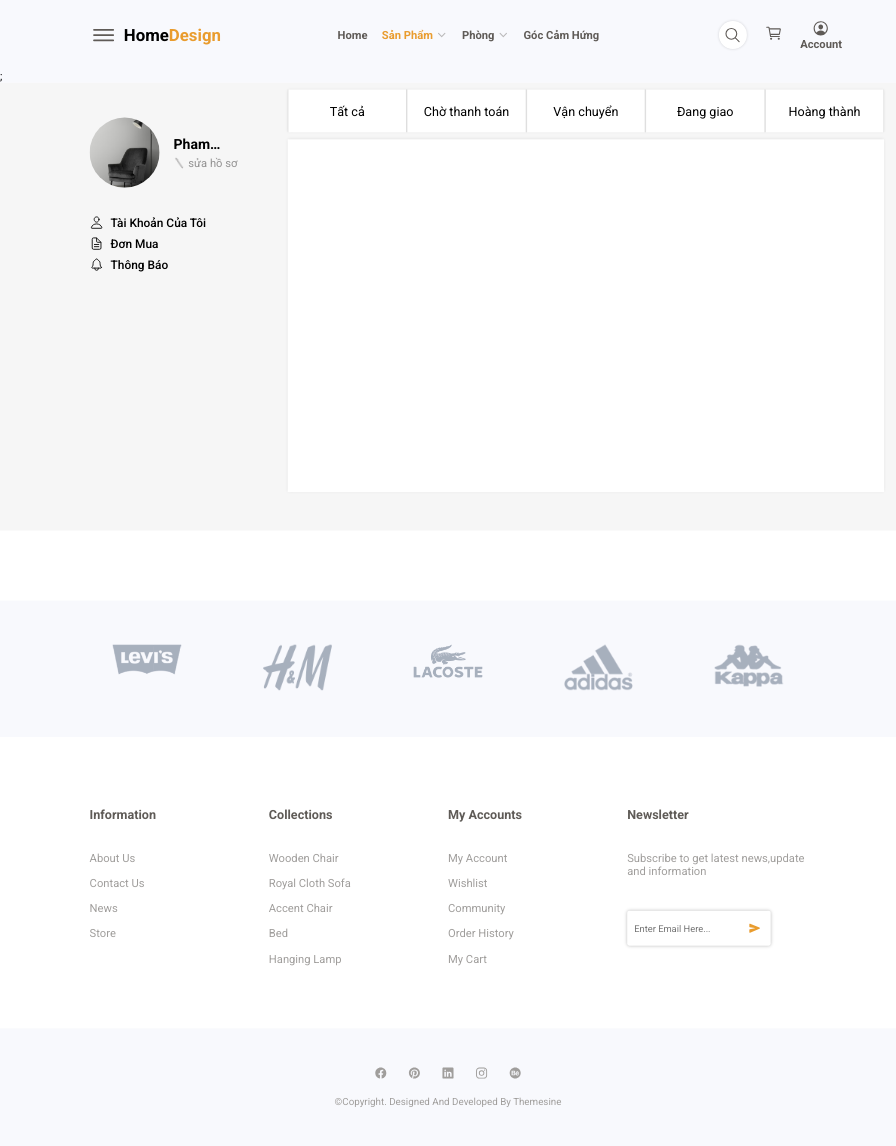
Repository: roll-t/do_an_CT299
Page: http://localhost/profile.php
An editor plug-in stored every save of this project. The page is shown before and after the next save, followed by the edit.
The browser window is 1280 px wide. The pictures show the part of the page from y = 0 to 1920 px (the page is 1637 px tall before and 5078 px after), at 70% of full size.
Some web fonts or font styles are not loaded; a fallback is used. The page is run by PHP 8.4 with error messages shown; the project is at /var/www/html/. Queries for data that is not in the repository find no rows.

Above is the page before, as saved 2023-03-15 20:34:36.
Console error: TypeError: Cannot read properties of null (reading 'length')

### profile.php
<!DOCTYPE html>
<html lang="en">
<head>
    <meta charset="UTF-8">
    <meta http-equiv="X-UA-Compatible" content="IE=edge">
    <meta name="viewport" content="width=device-width, initial-scale=1.0">
    <title>GroupThree</title>
    <link href="https://fonts.googleapis.com/css?family=Roboto:100,100i,300,300i,400,400i,500,500i,700,700i,900,900i" rel="stylesheet">
    <script type="module" src="https://unpkg.com/ionicons@5.5.2/dist/ionicons/ionicons.esm.js"></script>
    <link rel="preconnect" href="https://fonts.googleapis.com">
    <link rel="preconnect" href="https://fonts.gstatic.com" crossorigin>
    <link href="https://fonts.googleapis.com/css2?family=Acme&family=Akshar&family=Archivo+Black&family=Assistant:wght@200;300&family=Bangers&family=Carter+One&family=Dancing+Script:wght@500;600&family=Fjalla+One&family=Gulzar&family=Hind+Siliguri:wght@400;500;700&family=Karla:wght@200&family=Lato&family=Ms+Madi&family=Mukta:wght@300;800&family=Nunito:wght@200;300&family=Orelega+One&family=Oswald&family=Oxygen:wght@700&family=PT+Sans+Narrow&family=Permanent+Marker&family=Poppins:wght@100&family=Quicksand:wght@500&family=Roboto+Mono:wght@300&family=Roboto:ital,wght@0,500;0,900;1,500&family=Rubik&family=Square+Peg&family=The+Nautigal:wght@400;700&family=Varela+Round&family=Vollkorn:wght@500&display=swap" rel="stylesheet">
    <script nomodule src="https://unpkg.com/ionicons@5.5.2/dist/ionicons/ionicons.js"></script>
    <link rel="stylesheet" href="./assets/css/app.css">
    <link rel="stylesheet" href="./assets/css/home.css">
    <link rel="stylesheet" href="./assets/css/product.css">
    <link rel="stylesheet" href="./assets/css/slide-2-banner.css">
    <link rel="stylesheet" href="./assets/css/room.css">
    <link rel="shortcut icon" href="./logo/logo.png" type="image/x-icon">
    <link rel="stylesheet" href="./assets/css/profile.css">
</head>


<body>
    <div class="wrapper">
    <header id="top" class="header  header-banner">
        <?php include './header.php' ?>;
        </header>
        <div class="container-profile">
            <div class="left-profile">
                <div class="head">
                    <div class="avata">
                        <div class="img">
                            <img src="./images/room/living-room/img-2.png" alt="">
                        </div>
                        <div class="name">
                            <h4>Pham Phuoc Truong</h4>
                            <p><ion-icon name="pencil-outline"></ion-icon><span>sửa hồ sơ</span></p>
                        </div>
                    </div>

                </div>
                <div class="body">
                    <li class="items-profile">
                        <ion-icon name="person-outline"></ion-icon><p>Tài Khoản Của Tôi</p>
                        <ul class="menu-content">
                            <li class="items"><a href="#">Hồ sơ</a></li>
                            <li class="items"><a href="#">Ngân hàng</a></li>
                            <li class="items"><a href="#">Địa chỉ</a></li>
                            <li class="items"><a href="#">Đổi mật khẩu</a></li>
                        </ul>
                    </li>
                    <li class="items-profile">
                        <ion-icon name="document-text-outline"></ion-icon><p>Đơn Mua</p>
                        <ul></ul>
                    </li>
                    <li class="items-profile">
                        <ion-icon name="notifications-outline"></ion-icon><p>Thông Báo</p>
                        <ul class="menu-content">
                            <li class="items"><a href="#">Hồ sơ</a></li>
                            <li class="items"><a href="#">Ngân hàng</a></li>
                            <li class="items"><a href="#">Địa chỉ</a></li>
                            <li class="items"><a href="#">Đổi mật khẩu</a></li>
                        </ul>
                    </li>
                </div>
            </div>
            <div class="right-profile">
                <div class="items-right-profile my-profile">
                    <div class="head">
                        <h4>Hồ sơ của tôi</h4>
                        <p>Quản lý thông tin hồ sơ để bảo mật tài khoản</p>
                    </div>
                        <div class="container-my-profile">
                            <div class="left">
                                <form action="">
                                    <div class="group-input">
                                        <label for="account">Tên Đăng nhập: </label>
                                        <input name="account" type="text" placeholder="Tên đăng nhập chỉ được đổi một lần !">
                                    </div>
                                    <div class="group-input">
                                        <label for="name">Tên: </label>
                                        <input name="name" type="text" placeholder="Nhập vào tên ...">
                                    </div>
                                    <div class="group-input">
                                        <label for="phone">Số điện thoại: </label>
                                        <input name="phone" type="text" placeholder="Số điện thoại ">
                                    </div>
                                    <div class="group-input gender">
                                        <span>Giới tính: </span>
                                        <p>
                                            <span><label for="gender">Nam</label><input name="gender" type="radio"></span>
                                            <span><label for="gender">Nữ</label><input name="gender" type="radio"></span>
                                            <span><label for="gender">Khác</label><input name="gender" type="radio"></span>
                                        </p>
                                    </div>
                                    <div class="group-input">
                                        <span>Tỉnh / Thành Phố</span>
                                        <select name="" id="">
                                            <option value="">chon 1</option>
                                            <option value="">chon 1</option>
                                            <option value="">chon 1</option>
                                            <option value="">chon 1</option>
                                        </select>
                                    </div>
                                    <div class="group-input">
                                        <span>Quận / Huyện</span>
                                        <select name="" id="">
                                            <option value="">chon 1</option>
                                            <option value="">chon 1</option>
                                            <option value="">chon 1</option>
                                            <option value="">chon 1</option>
                                        </select>
                                    </div>
                                    <div class="group-input">
                                        <span>Địa Chỉ</span>
                                        <textarea name="" id="" cols="10" rows="3"></textarea>
                                    </div>
                                    <div class="confrim-info">
                                        <input type="submit" value="Lưu">
                                    </div>
                                </form>
                                </div>
                                <div  class="right">
                                    <div class="avata">
                                        <div class="img">
                                            <img src="./images/room/living-room/img-2.png" alt="">
                                        </div>
                                        <div class="name">
                                            <input type="file">
                                            <p><span>Dụng lượng file tối đa 1 MB
                                                Định dạng:.JPEG, .PNG</span></p>
                                        </div>
                                    </div>
                                </div>
                            </div>

                </div>
                <div class="items-right-profile order  active">
                    <div class="header-right">
                        <ul class="menu">
                            <li class="menu-item"><a href="#">Tất cả</a></li>
                            <li class="menu-item"><a href="#">Chờ thanh toán</a></li>
                            <li class="menu-item"><a href="#">Vận chuyển</a></li>
                            <li class="menu-item"><a href="#">Đang giao</a></li>
                            <li class="menu-item"><a href="#">Hoàng thành</a></li>
                        </ul>
                    </div>
                    <div class="container-right">
                    </div>
                </div>

            </div>
        </div>

        <?php include './footer.php' ?>
    </div>
</body>
<script src="./assets/javascript/show-search.js"></script>
<script src="./assets/javascript/cr-menu-item-product.js"></script>
<script src="./assets/javascript/show-left-meu.js"></script>
<script src="./assets/javascript/slide-2-banner.js"></script>
<script src="./assets/javascript/sticky-header.js"></script>
<script src="./assets/javascript/cart.js"></script>
<script src="./assets/javascript/profile.js"></script>
</html>

### connect.php
<?php
$servername = "localhost";
$username = "root";
$password = "";
$dbname = "website_bannoithat";

// Create connection
$conn = new mysqli($servername, $username, $password, $dbname);
// Check connection
if ($conn->connect_error) {
  die("Connection failed: " . $conn->connect_error);
}
?>

### query.php

<?php
    function select_value($sql){
        global $conn;
        $arr_value=$conn->query($sql)->fetch_assoc();
        return $arr_value;
    }
    function select_value_all($sql){
        global $conn;
        $arr_value=$conn->query($sql)->fetch_all();
        return $arr_value;
    }

?>

### footer.php



    <div  class="body-6">
            <ul class="list-client">
                <li class="clients">
                    <img src="./images/clients/c1.png" alt="">
                </li>
                <li class="clients">
                    <img src="./images/clients/c2.png" alt="">
                </li>
                <li class="clients">
                    <img src="./images/clients/c3.png" alt="">
                </li>
                <li class="clients">
                    <img src="./images/clients/c4.png" alt="">
                </li>
                <li class="clients">
                    <img src="./images/clients/c5.png" alt="">
                </li>
            </ul>
    </div>
    <div id="contact" class="body-7">
            <div class="list-contact">
                <div class="list-contact-items">
                    <li class="items-contact title">
                        Information
                    </li>
                    <li class="items-contact"><a href="#">
                        About Us
                    </a></li>
                    <li class="items-contact"><a href="#">
                        Contact Us
                    </a></li>
                    <li class="items-contact"><a href="#">
                        News
                    </a></li>
                    <li class="items-contact"><a href="#">
                        Store
                    </a></li>
                </div>
                <div class="list-contact-items">
                    <li class="items-contact title">
                        Collections
                    </li>
                    <li class="items-contact"><a href="#">
                        Wooden Chair
                    </a></li>
                    <li class="items-contact"><a href="#">
                        Royal Cloth Sofa
                    </a></li>
                    <li class="items-contact"><a href="#">
                        Accent Chair
                    </a></li>
                    <li class="items-contact"><a href="#">
                        Bed
                    </a></li>
                    <li class="items-contact"><a href="#">
                        Hanging Lamp
                    </a></li>
                </div>
                <div class="list-contact-items">
                    <li class="items-contact title">
                        My Accounts
                    </li>
                    <li class="items-contact"><a href="#">
                        My Account
                    </a></li>
                    <li class="items-contact"><a href="#">
                        Wishlist
                    </a></li>
                    <li class="items-contact"><a href="#">
                        Community
                    </a></li>
                    <li class="items-contact"><a href="#">
                        Order History
                    </a></li>
                    <li class="items-contact"><a href="#">
                        My Cart
                    </a></li>
                </div>
                <div class="list-contact-items">
                    <li class="items-contact title">
                        Newsletter
                    </li>
                    <li class="items-contact"><a href="#">
                        Subscribe to get latest news,update and information
                    </a></li>
                    <li class="items-contact">
                        <div class="letter">
                            <input class="input-letter" type="text" placeholder="Enter Email Here...">
                            <ion-icon name="send"></ion-icon>
                        </div>
                    </li>
                </div>
            </div>
    </div>
    <footer class="footer">
            <div class="list-icon">
                <li class="icon-items"><a href="#"><ion-icon name="logo-facebook"></ion-icon></a></li>
                <li class="icon-items"><a href="#"><ion-icon name="logo-pinterest"></ion-icon></a></li>
                <li class="icon-items"><a href="#"><ion-icon name="logo-linkedin"></ion-icon></a></li>
                <li class="icon-items"><a href="#"><ion-icon name="logo-instagram"></ion-icon></a></li>
                <li class="icon-items"><a href="#"><ion-icon name="logo-behance"></ion-icon></a></li>
            </div>
            <div class="text">©Copyright. Designed And Developed By Themesine</div>
    </footer>

### assets/css/app.css
:root{
    --font-1:'Roboto', sans-serif;
}
html{
    scroll-behavior: smooth;
}
*{
    padding:0;
    margin:0;
    box-sizing: border-box;
    font-family:var(--font-1);
    transition: .25s;
}
a{
    text-decoration: none;
}
li{
    list-style: none;
}
img{
    width:100%;
}

### head.php
<head>
    <meta charset="UTF-8">
    <meta http-equiv="X-UA-Compatible" content="IE=edge">
    <meta name="viewport" content="width=device-width, initial-scale=1.0">
    <title>HomeDesign</title>
    <link href="https://fonts.googleapis.com/css?family=Roboto:100,100i,300,300i,400,400i,500,500i,700,700i,900,900i" rel="stylesheet">
    <script type="module" src="https://unpkg.com/ionicons@5.5.2/dist/ionicons/ionicons.esm.js"></script>
    <link rel="preconnect" href="https://fonts.googleapis.com">
    <link rel="preconnect" href="https://fonts.gstatic.com" crossorigin>
    <link href="https://fonts.googleapis.com/css2?family=Acme&family=Akshar&family=Archivo+Black&family=Assistant:wght@200;300&family=Bangers&family=Carter+One&family=Dancing+Script:wght@500;600&family=Fjalla+One&family=Gulzar&family=Hind+Siliguri:wght@400;500;700&family=Karla:wght@200&family=Lato&family=Ms+Madi&family=Mukta:wght@300;800&family=Nunito:wght@200;300&family=Orelega+One&family=Oswald&family=Oxygen:wght@700&family=PT+Sans+Narrow&family=Permanent+Marker&family=Poppins:wght@100&family=Quicksand:wght@500&family=Roboto+Mono:wght@300&family=Roboto:ital,wght@0,500;0,900;1,500&family=Rubik&family=Square+Peg&family=The+Nautigal:wght@400;700&family=Varela+Round&family=Vollkorn:wght@500&display=swap" rel="stylesheet">
    <script nomodule src="https://unpkg.com/ionicons@5.5.2/dist/ionicons/ionicons.js"></script>
    <script src="https://ajax.googleapis.com/ajax/libs/jquery/3.6.3/jquery.min.js"></script>
    <link rel="stylesheet" href="./assets/css/app.css">
    <link rel="stylesheet" href="./assets/css/home.css">
    <link rel="stylesheet" href="./assets/css/book.css">
    <link rel="stylesheet" href="./assets/css/product.css">
    <link rel="shortcut icon" href="./logo/logo.png" type="image/x-icon">
</head>

Loaded but not shown: assets/css/slide-2-banner.css (library); assets/javascript/cart.js (201 lines, source omitted); assets/javascript/slide-2-banner.js (94 lines, source omitted); assets/javascript/show-left-meu.js (42 lines, source omitted); assets/javascript/profile.js (28 lines, source omitted); assets/javascript/show-search.js (31 lines, source omitted); assets/javascript/sticky-header.js (13 lines, source omitted); assets/javascript/cr-menu-item-product.js (12 lines, source omitted); assets/css/book.css (1041 lines, source omitted); assets/css/home.css (1084 lines, source omitted); assets/css/product.css (437 lines, source omitted); assets/css/profile.css (242 lines, source omitted); header.php (105 lines, source omitted); assets/css/room.css (217 lines, source omitted)

After the next save:
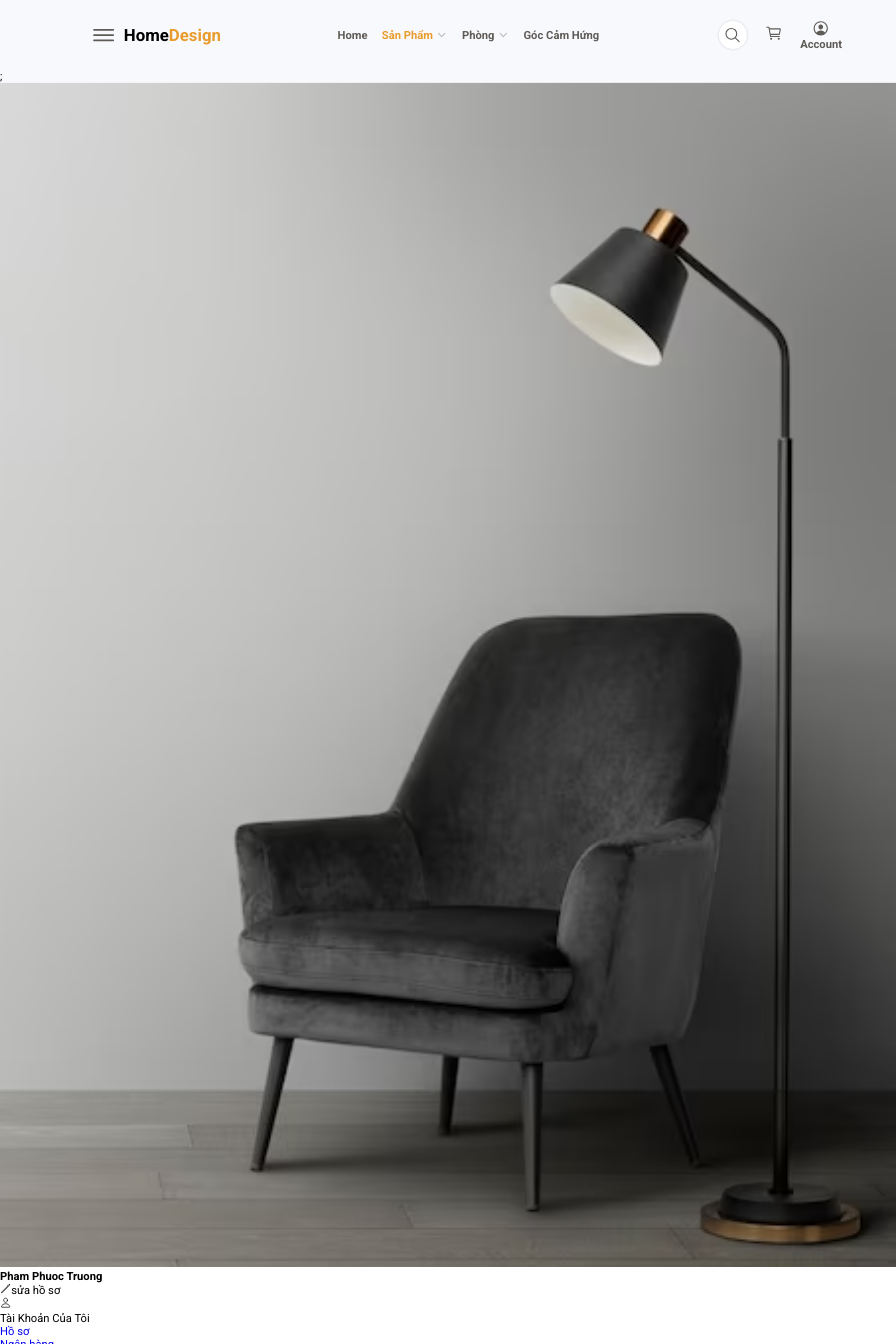
Saved 61 s later.
--- a/profile.php
+++ b/profile.php
@@ -1,26 +1,6 @@
 <!DOCTYPE html>
 <html lang="en">
-<head>
-    <meta charset="UTF-8">
-    <meta http-equiv="X-UA-Compatible" content="IE=edge">
-    <meta name="viewport" content="width=device-width, initial-scale=1.0">
-    <title>GroupThree</title>
-    <link href="https://fonts.googleapis.com/css?family=Roboto:100,100i,300,300i,400,400i,500,500i,700,700i,900,900i" rel="stylesheet">
-    <script type="module" src="https://unpkg.com/ionicons@5.5.2/dist/ionicons/ionicons.esm.js"></script>
-    <link rel="preconnect" href="https://fonts.googleapis.com">
-    <link rel="preconnect" href="https://fonts.gstatic.com" crossorigin>
-    <link href="https://fonts.googleapis.com/css2?family=Acme&family=Akshar&family=Archivo+Black&family=Assistant:wght@200;300&family=Bangers&family=Carter+One&family=Dancing+Script:wght@500;600&family=Fjalla+One&family=Gulzar&family=Hind+Siliguri:wght@400;500;700&family=Karla:wght@200&family=Lato&family=Ms+Madi&family=Mukta:wght@300;800&family=Nunito:wght@200;300&family=Orelega+One&family=Oswald&family=Oxygen:wght@700&family=PT+Sans+Narrow&family=Permanent+Marker&family=Poppins:wght@100&family=Quicksand:wght@500&family=Roboto+Mono:wght@300&family=Roboto:ital,wght@0,500;0,900;1,500&family=Rubik&family=Square+Peg&family=The+Nautigal:wght@400;700&family=Varela+Round&family=Vollkorn:wght@500&display=swap" rel="stylesheet">
-    <script nomodule src="https://unpkg.com/ionicons@5.5.2/dist/ionicons/ionicons.js"></script>
-    <link rel="stylesheet" href="./assets/css/app.css">
-    <link rel="stylesheet" href="./assets/css/home.css">
-    <link rel="stylesheet" href="./assets/css/product.css">
-    <link rel="stylesheet" href="./assets/css/slide-2-banner.css">
-    <link rel="stylesheet" href="./assets/css/room.css">
-    <link rel="shortcut icon" href="./logo/logo.png" type="image/x-icon">
-    <link rel="stylesheet" href="./assets/css/profile.css">
-</head>
-
-
+<?php include './head.php' ?>
 <body>
     <div class="wrapper">
     <header id="top" class="header  header-banner">

After the save that followed:
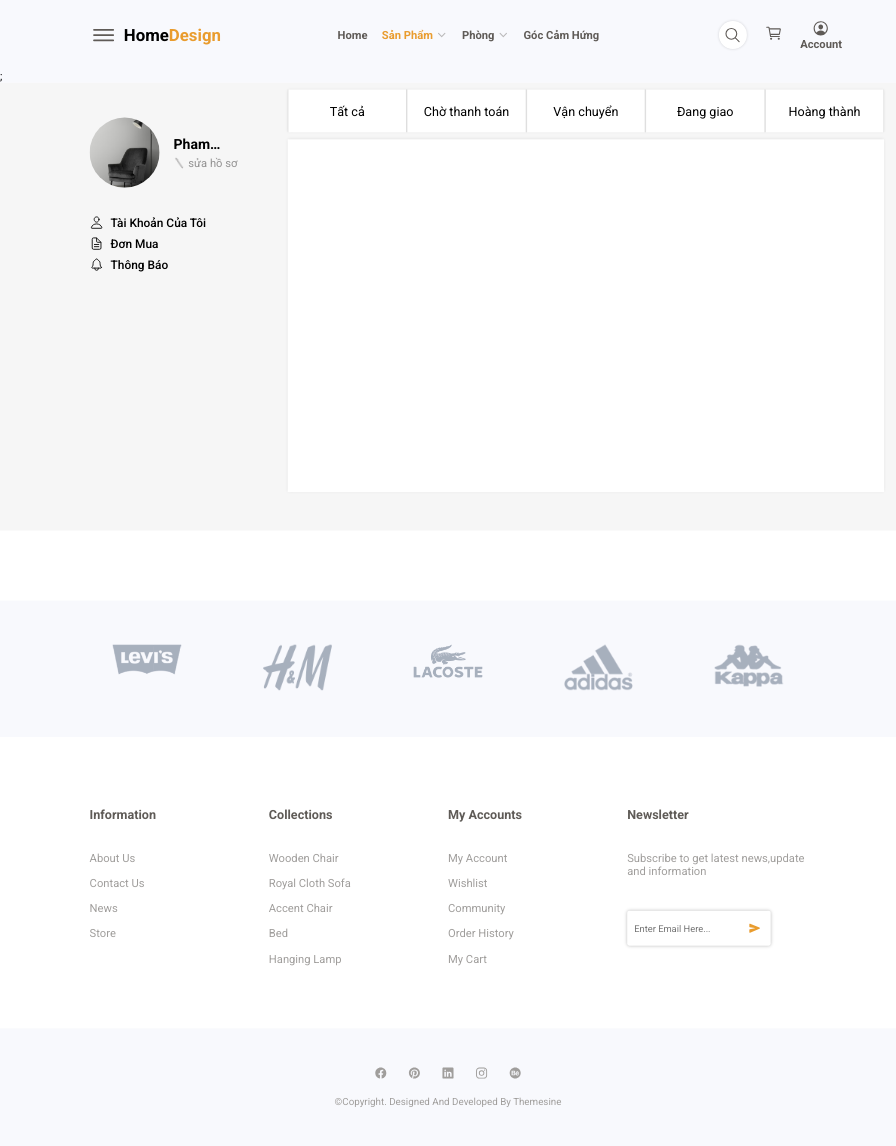
Saved 72 s later.
--- a/profile.php
+++ b/profile.php
@@ -1,6 +1,7 @@
 <!DOCTYPE html>
 <html lang="en">
 <?php include './head.php' ?>
+<link rel="stylesheet" href="./assets/css/profile.css">
 <body>
     <div class="wrapper">
     <header id="top" class="header  header-banner">
